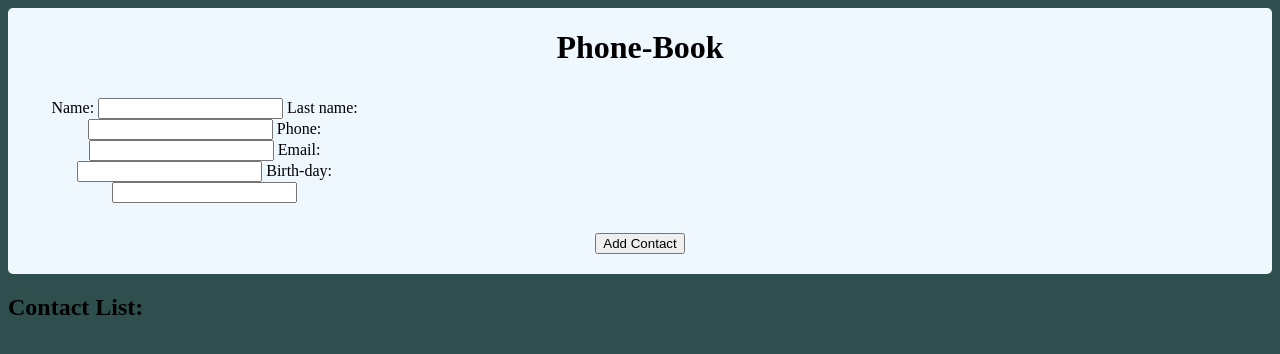
Repository: STA1357/Phone-book
Page: Inner.html
These files come from the project's save history. The page is drawn as it stood at one moment and after the next save; the edit follows.
The browser window is 1280 px wide. The pictures show the whole page.

Above is the page before, as saved 2020-12-08 09:56:34.

### Inner.html
<!DOCTYPE html>
<html lang="en">
<head>
    <meta charset="UTF-8">
    <meta name="viewport" content="width=device-width, initial-scale=1.0">
    <title>Phone Book</title>
    <link rel="stylesheet" href="./styles.css">
</head>
<body>
    <form action="#" method="POST">

        <header>
            <div class="header-title">
                <h1>Phone-Book</h1>
            </div>
        </header>

        <main>
            <div class="container">
                <label for="name">Name:</label>
                <input type="text" id="nameInput">
                <label for="lname">Last name:</label>
                <input type="text" id="lnameInput">
                <label for="tel">Phone:</label>
                <input type="text" id="telInput">
                <label for="email">Email:</label>
                <input type="text" id="emailInput">
                <label for="birthname">Birth-day:</label>
                <input type="text" id="birthInput">
            </div>

        </main>

        <div class="btn">
        <button onclick="return addUser()" type="submit" id="btnAdd">Add Contact</button>
    </div>
    </form>

    <h2>Contact List:</h2>
    <ul id="users"></ul>

    <script src="./app.js"></script>
</body>
</html>

### styles.css
*{
    box-sizing: border-box;
}

body{
    display: flex;
    flex-direction: column;
    background-color: darkslategray;
}

form{
    background-color: aliceblue;
    border-radius: 5px;
}
header{
    text-align: center;
}

main{
    flex-direction: column;
    padding: 10px;
    text-align: center;
}

.container{
    width: 30%;

}

.btn{
    padding: 20px;
    text-align: center;
}

### app.js
const form = document.querySelector('form')
const list = document.getElementById('users')
const userName = document.getElementById('nameInput')
const userLname = document.getElementById('lnameInput')
const userTel = document.getElementById('telInput')
const userEmail = document.getElementById('emailInput')
const userBirth = document.getElementById('birthInput')
const entry = document.createElement('li')

function addUser (){
    const list = document.getElementById('users')
    const userName = document.getElementById('nameInput')
    const userLname = document.getElementById('lnameInput')
    const userTel = document.getElementById('telInput')
    const userEmail = document.getElementById('emailInput')
    const userBirth = document.getElementById('birthInput')
    const entry = document.createElement('li')
    entry.appendChild(document.createTextNode(userName.value + ' ' + userLname.value + ' '
    + userTel.value + ' ' + userEmail.value + ' ' + userBirth.value))
    list.appendChild(entry)
    return false
}


class Person{
    constructor(options){
        this.name = options.name
        this.lname = options.lname
        this.tel = options.tel
        this.email = options.email
        this.birthday = options.birthday
    }
}

class User extends Person{
    static type = "User"
}

const user = new User({
    name: "",
    lname: "",
    tel: "",
    email:"",
    birthday:""
})


localStorage.setItem('userInfo', JSON.stringify(user));




/*const raw = localStorage.getItem('userInfo')
const userInfo = JSON.parse(raw)
userInfo.name = 'Maxim'

console.log(userInfo);*/

After the next save:
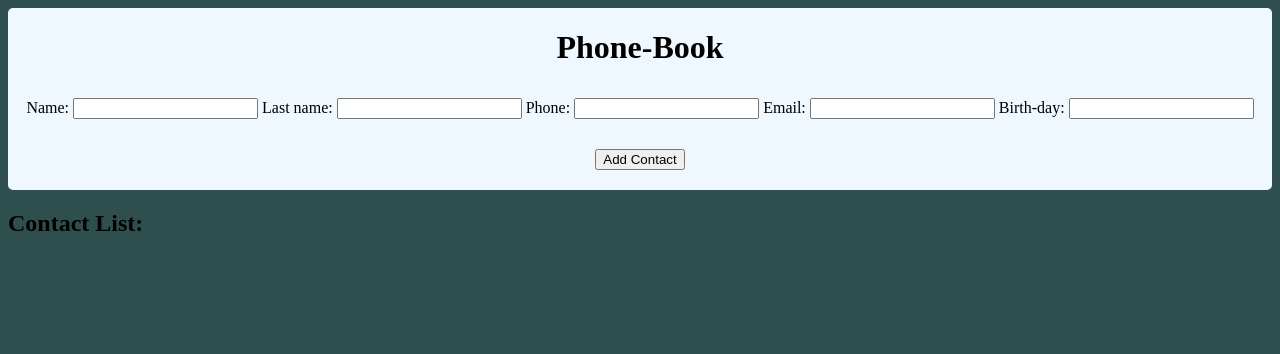
Saved 12 s later.
--- a/styles.css
+++ b/styles.css
@@ -22,10 +22,7 @@ main{
     text-align: center;
 }
 
-.container{
-    width: 30%;
 
-}
 
 .btn{
     padding: 20px;
